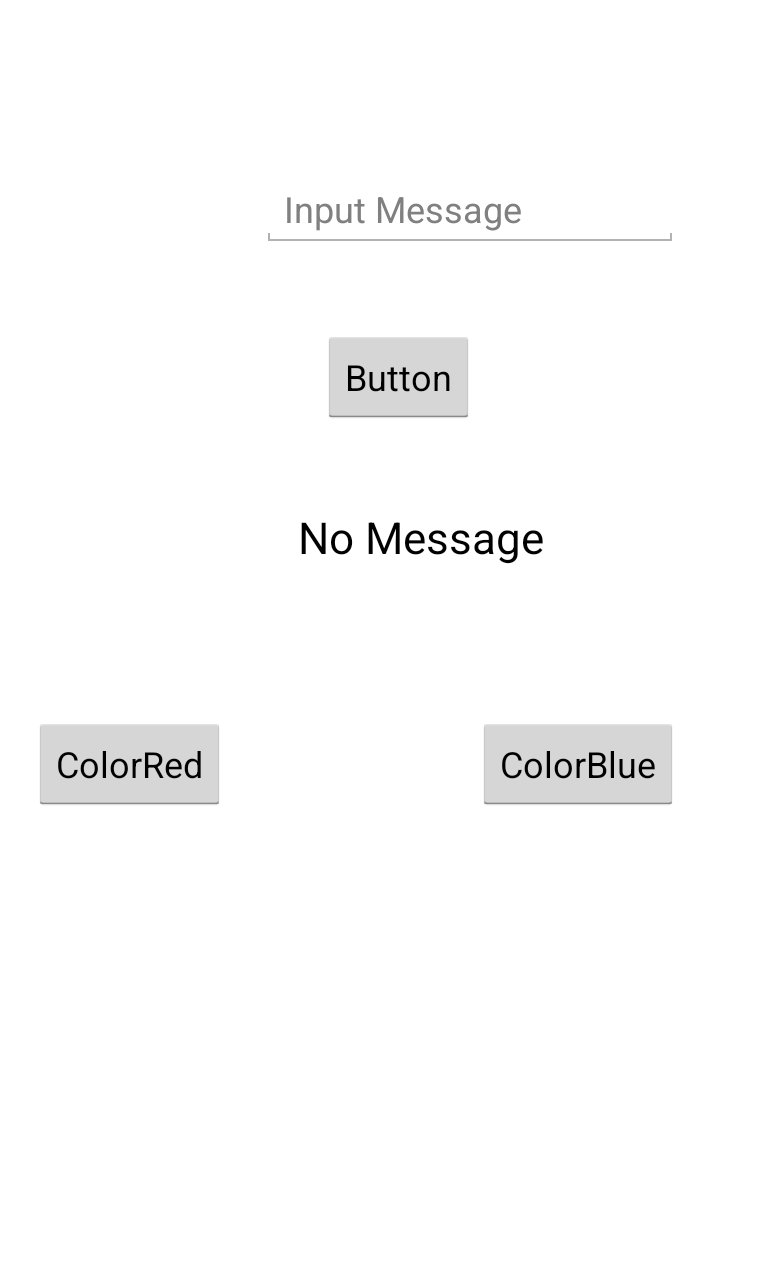
Repository: Mayappa/ANDROID-PROJ
Layout: ButtonView/res/layout/activity_main.xml
These files come from the project's save history. The layout is drawn as it stood at one moment and after the next save; the edit follows.
It is drawn on a 768 x 1280 px phone screen (xhdpi) without system bars, with theme AppTheme; the app's code is not run.

Above is the layout before, as saved 2015-11-09 14:08:22.

After the next save:
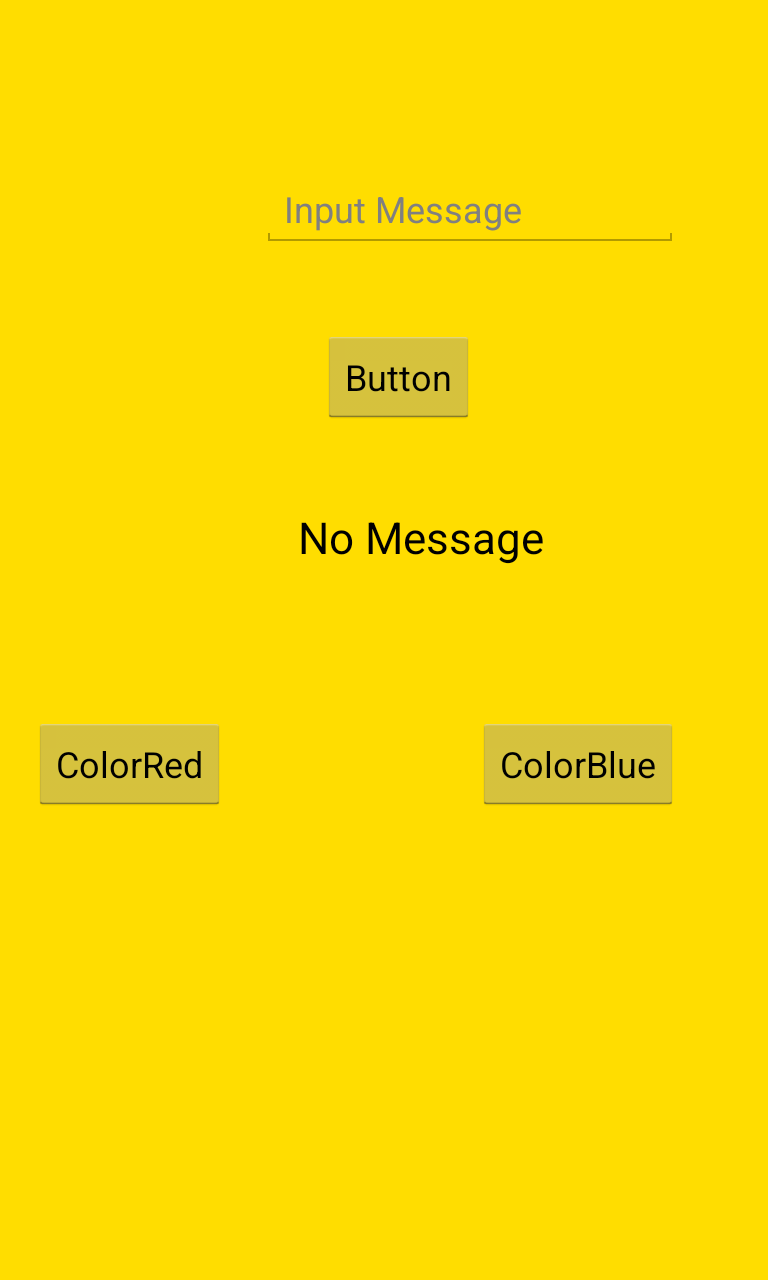
Saved 30 s later.
--- a/ButtonView/res/layout/activity_main.xml
+++ b/ButtonView/res/layout/activity_main.xml
@@ -6,8 +6,9 @@
     android:paddingLeft="@dimen/activity_horizontal_margin"
     android:paddingRight="@dimen/activity_horizontal_margin"
     android:paddingTop="@dimen/activity_vertical_margin"
+    android:background="#FFDD00"
     tools:context=".MainActivity" >
-    android:
+
 
 
     <EditText

After the save that followed:
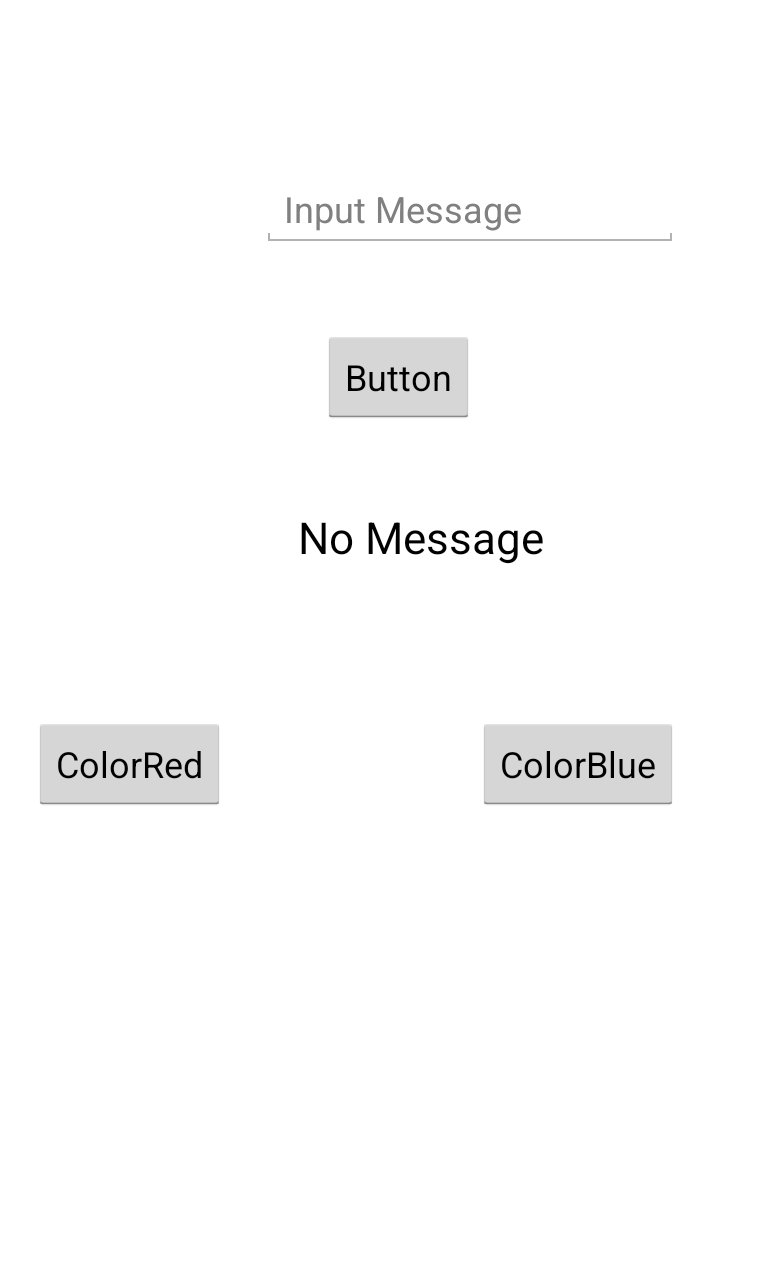
Saved 5 min 57 s later.
--- a/ButtonView/res/layout/activity_main.xml
+++ b/ButtonView/res/layout/activity_main.xml
@@ -6,7 +6,7 @@
     android:paddingLeft="@dimen/activity_horizontal_margin"
     android:paddingRight="@dimen/activity_horizontal_margin"
     android:paddingTop="@dimen/activity_vertical_margin"
-    android:background="#FFDD00"
+    android:background="#0011F"
     tools:context=".MainActivity" >
 
 
